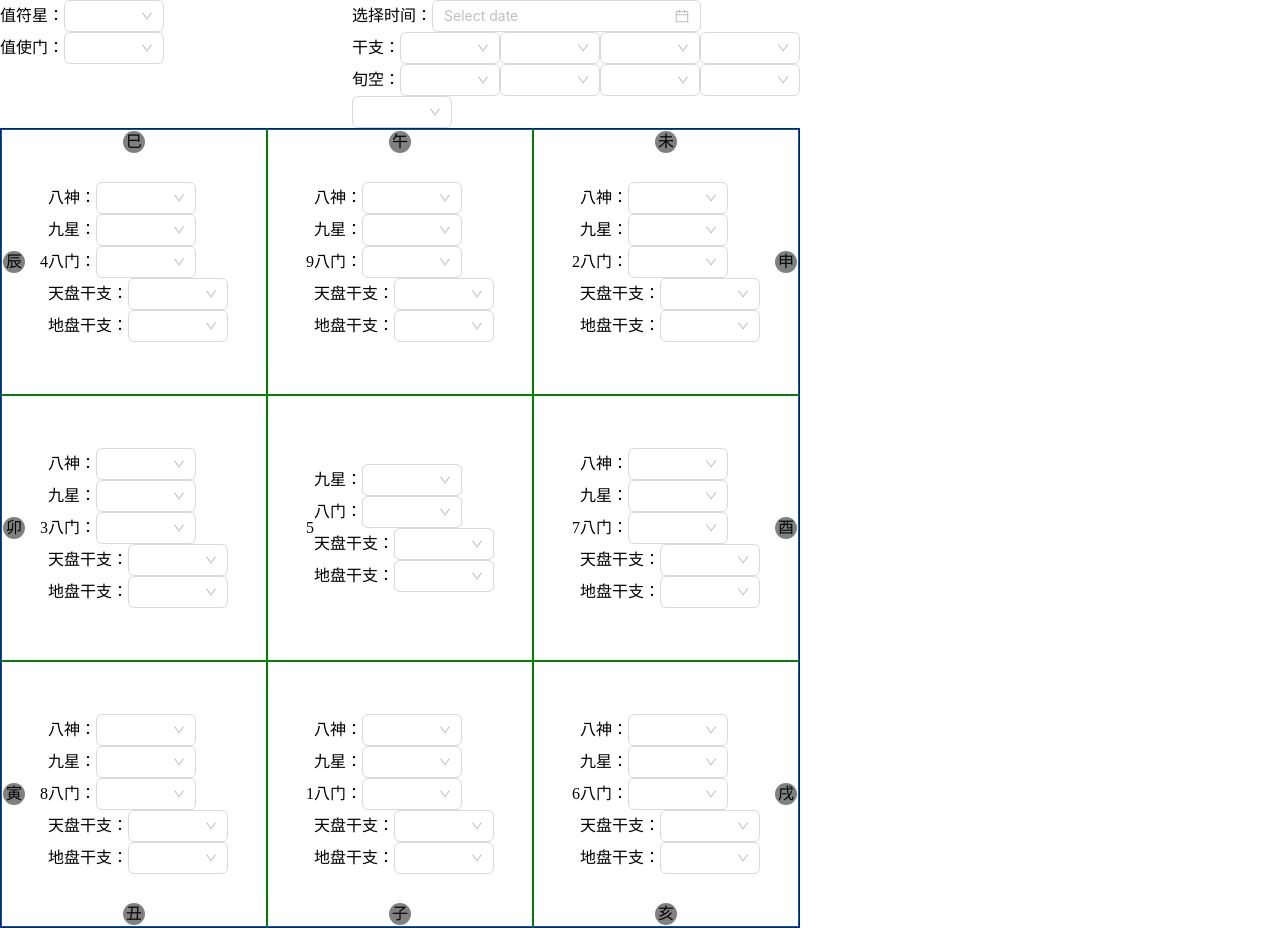
Repository: DaozhangChen/qiMen
Page: /
These files come from the project's save history. The page is drawn as it stood at one moment and after the next save; the edit follows.
The browser window is 1280 px wide. The pictures show the whole page.
The project was rebuilt for these pictures with package versions that can differ from the ones it lists, and the page was loaded fresh each time. Also part of the build but not shown: vite.config.js.

Above is the page before, as saved 2024-04-06 16:36:16.

After the next save:
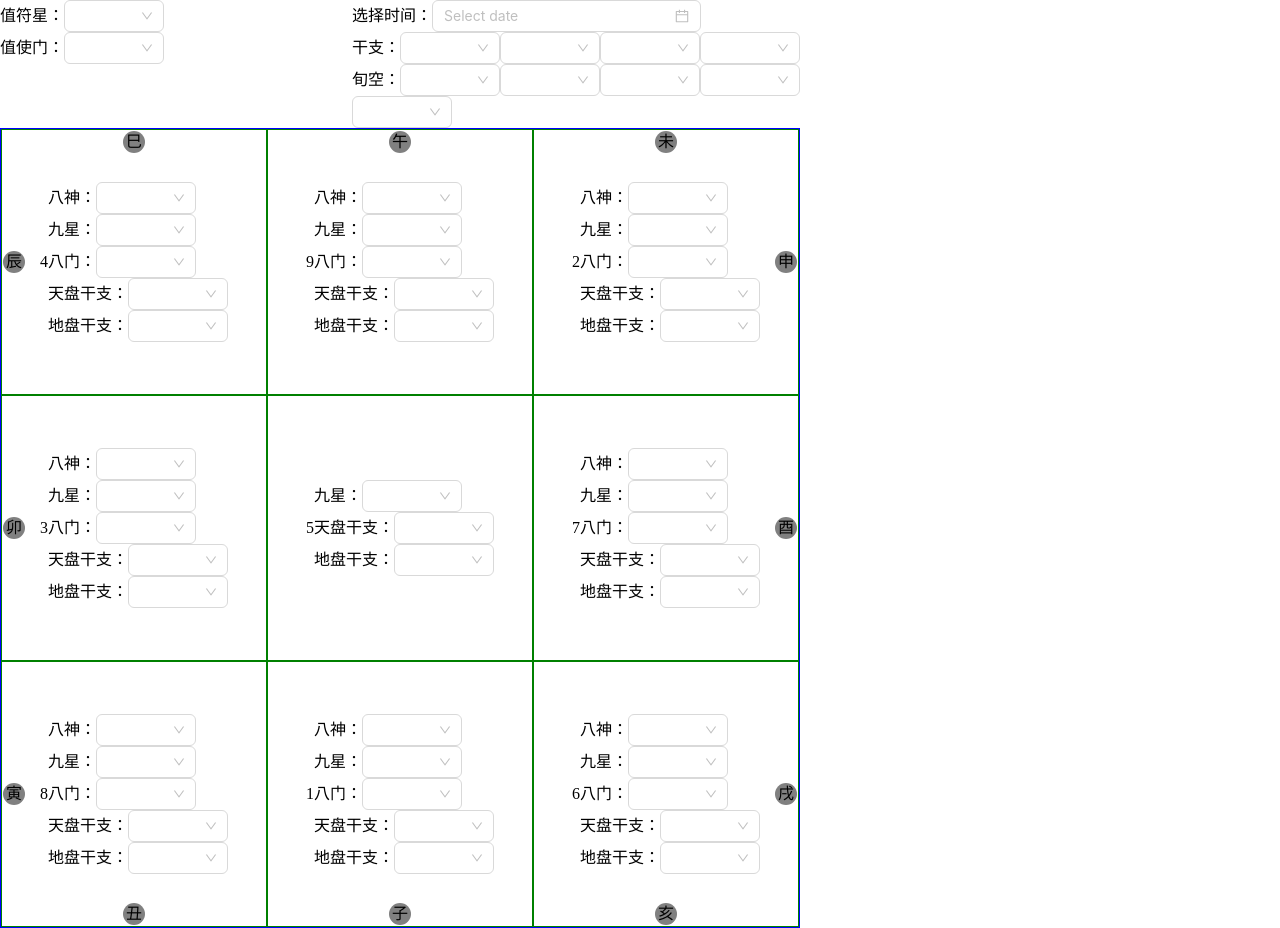
Saved 32 s later.
--- a/src/compoment/Sudoku.jsx
+++ b/src/compoment/Sudoku.jsx
@@ -58,9 +58,8 @@ function Sudoku() {
                             <li className="sudoku-cell">
                                 <ul>
                                     {value.number !== 5 ? <li className="god">八神：<span><InfoSelect type="god" setDetailInfo={setDetailInfo} area={value.number} /></span></li> : null}
-
                                     <li className="star">九星：<span><InfoSelect type="star" setDetailInfo={setDetailInfo} area={value.number} /></span></li>
-                                    <li className="door">八门：<span><InfoSelect type="door" setDetailInfo={setDetailInfo} area={value.number} /></span></li>
+                                    {value.number !== 5 ? <li className="door">八门：<span><InfoSelect type="door" setDetailInfo={setDetailInfo} area={value.number} /></span></li> : null}
                                     <li className="upStem">天盘干支：<span><InfoSelect type="upStem" setDetailInfo={setDetailInfo} area={value.number} /></span></li>
                                     <li className="downStem">地盘干支：<span><InfoSelect type="downStem" setDetailInfo={setDetailInfo} area={value.number} /></span></li>
                                 </ul>
